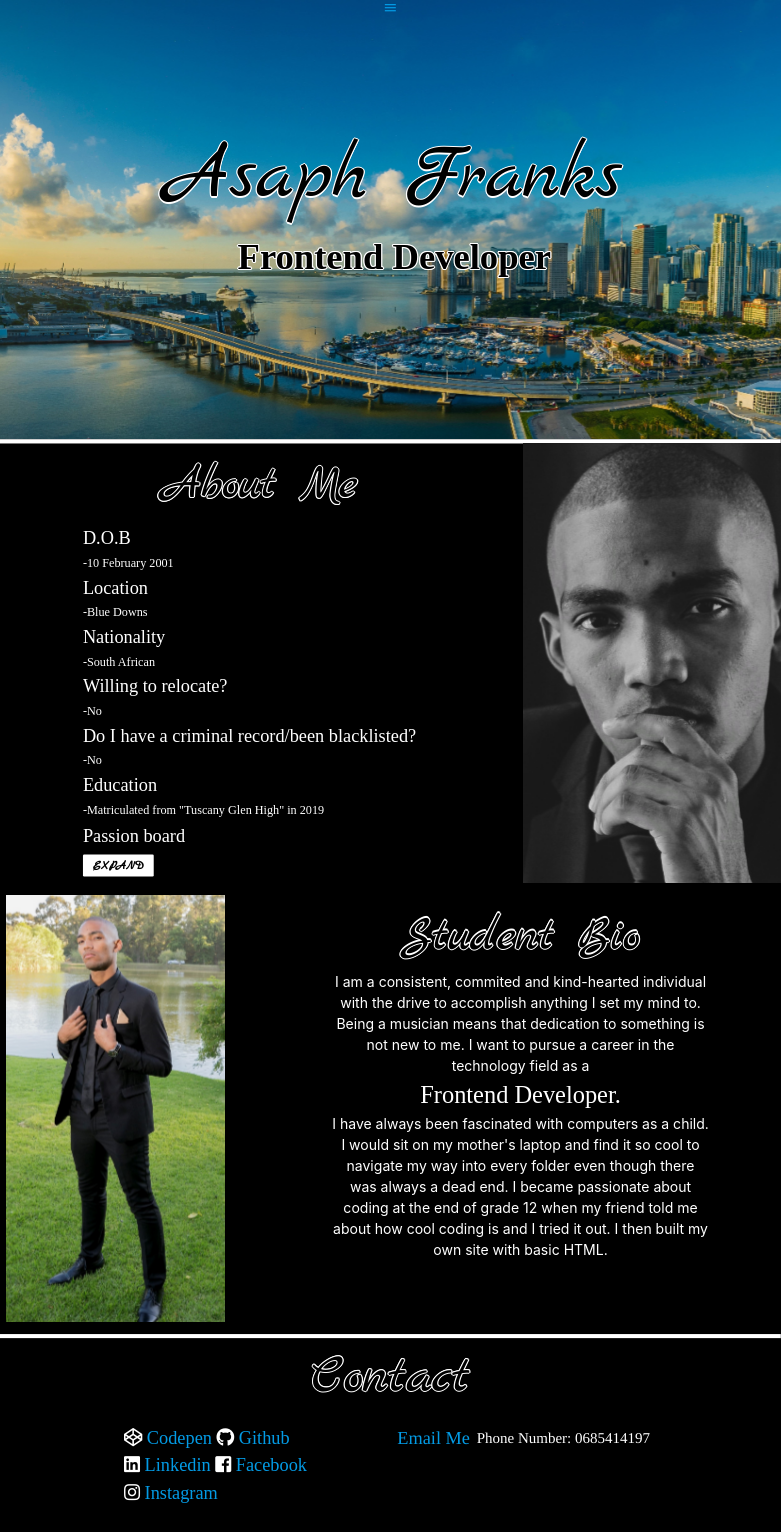
Repository: Ajtheult/portfolio.v3
Page: /portfolio-v3
These files come from the project's save history. The page is drawn as it stood at one moment and after the next save; the edit follows.
The browser window is 1280 px wide. The pictures show the whole page, at 61% of full size.
Some web fonts or font styles are not loaded; a fallback is used. The project was rebuilt for these pictures with package versions that can differ from the ones it lists, and the page was loaded fresh each time. Also part of the build but not shown: src/components/layout/pages/Skills.js, src/components/layout/pages/MyWork.js, src/components/layout/pages/Testimonials.js.

Above is the page before, as saved 2020-08-05 14:04:36.

### public/index.html
<!DOCTYPE html>
<html lang="en">
  <head>
    <meta charset="utf-8" />
    <link rel="icon" href="%PUBLIC_URL%/favicon.ico" />
    <meta name="viewport" content="width=device-width, initial-scale=1" />
    <meta name="theme-color" content="#000000" />
    <meta
      name="description"
      content="Web site created using create-react-app"
    />

    <link rel="manifest" href="%PUBLIC_URL%/manifest.json" />
    <link
      href="https://fonts.googleapis.com/css2?family=Marck+Script&display=swap"
      rel="stylesheet"
    />
    <link
      href="https://fonts.googleapis.com/css2?family=Gruppo&display=swap"
      rel="stylesheet"
    />
    <link rel="manifest" href="%PUBLIC_URL%/manifest.json" />

    <link
      rel="stylesheet"
      href="https://fonts.googleapis.com/icon?family=Material+Icons"
    />

    <link
      rel="stylesheet"
      href="https://use.fontawesome.com/releases/v5.7.2/css/all.css"
      integrity="sha384-fnmOCqbTlWIlj8LyTjo7mOUStjsKC4pOpQbqyi7RrhN7udi9RwhKkMHpvLbHG9Sr"
      crossorigin="anonymous"
    />
    <title>Asaph Franks portfolio</title>
  </head>
  <body>
    <noscript>You need to enable JavaScript to run this app.</noscript>
    <div id="root"></div>
  </body>
</html>

### src/index.js
import React from "react";
import ReactDOM from "react-dom";
import App from "./App";
import "materialize-css/dist/css/materialize.min.css";

ReactDOM.render(
  <React.StrictMode>
    <App />
  </React.StrictMode>,
  document.getElementById("root")
);

### src/App.js
import React from "react";

import { Home } from "./components/layout/pages/Home";
import { Skills } from "./components/layout/pages/Skills";
import { MyWork } from "./components/layout/pages/MyWork";
import { Testimonials } from "./components/layout/pages/Testimonials";
import Navbar from "./components/layout/navbar/Navbar";

import { BrowserRouter as Router, Route, Switch } from "react-router-dom";
import "./App.css";

function App() {
  return (
    <Router>
      <div className="App">
        <Navbar />

        <Switch>
          <Route exact path="/portfolio-v3" component={Home} />
          <Route path="/skills" component={Skills} />
          <Route path="/mywork" component={MyWork} />
          <Route path="/testimonials" component={Testimonials} />
        </Switch>
      </div>
    </Router>
  );
}

export default App;

### src/components/layout/pages/Home.js
import React from "react";
import background1 from "../resources/background1.jpg";
import me from "../resources/me.jpeg";
import me2 from "../resources/me2.jpg";
import M from "materialize-css";
import "../../../App.css";
import { Parallax } from "react-parallax";

export const Home = () => {
  document.addEventListener("DOMContentLoaded", function () {
    var elems = document.querySelectorAll(".modal");
    // eslint-disable-next-line
    var instances = M.Modal.init(elems, {});
  });

  return (
    <div className="colour_of_about_text">
      <Parallax bgImage={background1} strength={400}>
        <div style={{ height: 720 }}>
          <div className="style_for_landingpage">
            <h1 className="intro_name_top">Asaph Franks</h1>
            <h4 className="intro_name_bottom">Frontend Developer</h4>
          </div>
        </div>
      </Parallax>
      <div style={{ height: "1vh" }} className="white move_the_con" />
      <div className="row">
        <div className="col s8">
          {" "}
          {/* Information on About page-Start */}
          <div className="container">
            <h1 className="about-title" id="about">
              About Me
            </h1>

            <h5 className="my_info">D.O.B</h5>
            <p className="my_info_2">-10 February 2001</p>
            <h5 className="my_info"> Location </h5>
            <p className="my_info_2">-Blue Downs</p>
            <h5 className="my_info">Nationality</h5>
            <p className="my_info_2">-South African</p>
            <h5 className="my_info">Willing to relocate?</h5>
            <p className="my_info_2">-No</p>
            <h5 className="my_info">
              Do I have a criminal record/been blacklisted?
            </h5>
            <p className="my_info_2">-No</p>
            <h5 className="my_info">Education</h5>
            <p className="my_info_2">
              -Matriculated from "Tuscany Glen High" in 2019
            </p>
            <h4 className="my_info">Passion board</h4>
            <div className="my_info_3">
              <a
                className="waves-effect waves-light btn modal-trigger white"
                href="#modal1"
              >
                <p className="black_text margin_on_top">Expand</p>
              </a>
              <div id="modal1" className="modal bottom-sheet">
                <div className="modal-content">
                  <h4 className="black_text passion_heading">Passion Board</h4>
                  <div className="black_text">
                    {" "}
                    <h4 className="passion_content">-Music</h4>
                    <h4 className="passion_content">-Playing Video games</h4>
                    <h4 className="passion_content">-Playing Table Tennis</h4>
                    <h4 className="passion_content">-Watching anime</h4>
                    <h4 className="passion_content">-Drawing</h4>
                  </div>
                </div>
              </div>
            </div>
          </div>
          {/* Information on About page-Start */}
        </div>
        <div>
          <Parallax
            bgImage={me}
            strength={700}
            style={{ width: "33%" }}
            className="right"
          >
            <div style={{ height: "100vh" }}></div>
          </Parallax>
        </div>
      </div>

      <div className="row">
        <div className="col s5">
          <Parallax bgImage={me2} strength={150} style={{ width: "70%" }}>
            <div style={{ height: 700 }}>
              <div className="intro_name style_for_landingpage"></div>
            </div>
          </Parallax>
        </div>

        <div className="col s7 about_container" style={{ width: "50%" }}>
          <h6 className="about-title center">Student Bio</h6>
          <p className="student_bio ">
            I am a consistent, commited and kind-hearted individual with the
            drive to accomplish anything I set my mind to. Being a musician
            means that dedication to something is not new to me. I want to
            pursue a career in the technology field as a <br />
            <strong className="big_frontend">
              Frontend Developer.
            </strong> <br /> I have always been fascinated with computers as a
            child. I would sit on my mother's laptop and find it so cool to
            navigate my way into every folder even though there was always a
            dead end. I became passionate about coding at the end of grade 12
            when my friend told me about how cool coding is and I tried it out.
            I then built my own site with basic HTML.
          </p>
        </div>
      </div>
      {/* Contact section */}
      <div style={{ height: "1vh" }} className="white move_the_con" />
      <footer style={{ fontFamily: "Times" }} className="page-footer black">
        <div className="container" id="contact">
          <div className="row">
            <h1 className="contact-title">Contact</h1>
            <div className="col l6 s12">
              {" "}
              <div className="logos">
                <i className="fab fa-codepen">
                  {" "}
                  <a
                    href="https://codepen.io/ajtheult"
                    rel="noopener noreferrer"
                    target="_blank"
                  >
                    Codepen&nbsp;
                  </a>{" "}
                </i>
                <i className="fab fa-github">
                  {" "}
                  <a
                    href="https://github.com/Ajtheult"
                    rel="noopener noreferrer"
                    target="_blank"
                  >
                    Github&nbsp;
                  </a>{" "}
                </i>
                <i className="fab fa-linkedin">
                  {" "}
                  <a
                    href="https://www.linkedin.com/in/asaph-franks-307a231a5/"
                    rel="noopener noreferrer"
                    target="_blank"
                  >
                    Linkedin&nbsp;
                  </a>{" "}
                </i>
                <i className="fab fa-facebook-square">
                  {" "}
                  <a
                    href="https://www.facebook.com/asaph.franks.7/"
                    rel="noopener noreferrer"
                    target="_blank"
                  >
                    Facebook&nbsp;
                  </a>{" "}
                </i>
                <i className="fab fa-instagram">
                  {" "}
                  <a
                    href="https://www.instagram.com/aj_the_ultimate/?fbclid=IwAR1maxejej29IRwM2tTQavtbmTC9TFLbAwZoi52WwiJhzLvcEucPXSZHX2o"
                    rel="noopener noreferrer"
                    target="_blank"
                  >
                    Instagram&nbsp;
                  </a>{" "}
                </i>
              </div>
            </div>
            <div className="col l6 s12" style={{ marginTop: "-10px" }}>
              <a
                className="left size_of_email"
                href="mailto:asaphfranksboi@gmail.com"
                rel="noopener noreferrer"
                target="_blank"
              >
                Email Me
              </a>

              <h5 className="move_num_down">Phone Number: 0685414197</h5>
            </div>
            {/* Contact details and icons */}
          </div>
        </div>
      </footer>
    </div>
  );
};

### src/components/layout/navbar/Navbar.js
/* eslint-disable no-unused-vars */
import React, { Component } from "react";
import M from "materialize-css/dist/js/materialize.min.js";
import me from "./me.jpg";
import music from "./music.jpg";
import "../../../App.css";
import { Link } from "react-router-dom";

export class Navbar extends Component {
  componentDidMount() {
    document.addEventListener("DOMContentLoaded", function () {
      var elems = document.querySelectorAll(".sidenav");
      var instances = M.Sidenav.init(elems, {});
    });
  }

  render() {
    return (
      <div>
        <div className="navbar">
          <div className="nav-wrapper ">
            <a
              href="#home"
              data-target="slide-out"
              className="sidenav-trigger show-on-large"
            >
              <i className="material-icons">menu</i>
            </a>
          </div>
        </div>

        <ul id="slide-out" className="sidenav sidenav-close">
          <li>
            <div className="user-view">
              <div className="background">
                <img className="background_img" src={music} alt="img" />
              </div>

              <img className="circle" src={me} alt="img of me" />

              <span className="black-text name move_me">Asaph Franks</span>

              <span className="black-text email  move_me">
                Asaphfranksboi@gmail.com
              </span>
            </div>
            {/* Change font so that the name can be better read */}
          </li>
          <Link to="/portfolio-v3">
            <br />
            <li className="colour_of_nav">Home</li>
          </Link>{" "}
          <br />
          <Link to="/skills">
            <li className="colour_of_nav">Skills</li>
          </Link>
          <br />
          <Link to="/mywork">
            <li className="colour_of_nav">Work</li>
          </Link>
          <br />
          <Link to="/testimonials">
            <li className="colour_of_nav">Testimonials</li>
          </Link>
        </ul>
      </div>
    );
  }
}

export default Navbar;

### src/App.css
.App {
  text-align: center;
}

body {
  background-color: black;
  color: white;
}
.background_img {
  width: 100%;
  height: 100%;
}

.move_me {
  text-align: left;
}

.colour {
  background-color: black;
}

img.bg {
  min-height: 100%;
  min-width: 1024px;
  width: 100%;
  height: auto;
  position: fixed;
  top: 0;
  left: 0;
  z-index: -1;
}

div.admin-bg {
  position: fixed;
  top: 0;
  left: 0;
  z-index: -1;
  background-color: black;
}

@media screen and (max-width: 1024px) {
  img.bg {
    left: 50%;
    margin-left: -512px;
  }
}

.intro_name_top {
  font-family: "Marck Script", cursive;
  font-size: 130px;
  color: black;
  text-shadow: 2px 0 0 #fff, -2px 0 0 #fff, 0 2px 0 #fff, 0 -2px 0 #fff,
    1px 1px #fff, -1px -1px 0 #fff, 1px -1px 0 #fff, -1px 1px 0 #fff;
}
.testimonial_title {
  font-family: "Marck Script", cursive;
  margin-top: 80px;
  color: black;
  font-size: 80px;
  text-shadow: 2px 0 0 #fff, -2px 0 0 #fff, 0 2px 0 #fff, 0 -2px 0 #fff,
    1px 1px #fff, -1px -1px 0 #fff, 1px -1px 0 #fff, -1px 1px 0 #fff;
}

.intro_name_bottom {
  font-size: 60px;
  color: #000000;
  font-weight: bold;
  text-shadow: 2px 0 0 #fff, -2px 0 0 #fff, 0 2px 0 #fff, 0 -2px 0 #fff,
    1px 1px #fff, -1px -1px 0 #fff, 1px -1px 0 #fff, -1px 1px 0 #fff;
  font-family: "Gruppo", cursive;
}

.logos {
  text-align: left;
  font-size: 30px;
}

.contact-title {
  margin-top: -5px;
  font-family: "Marck Script", cursive;
  font-size: 90px;
  color: black;
  text-shadow: 2px 0 0 #fff, -2px 0 0 #fff, 0 2px 0 #fff, 0 -2px 0 #fff,
    1px 1px #fff, -1px -1px 0 #fff, 1px -1px 0 #fff, -1px 1px 0 #fff;
}

.about-title {
  margin-top: 25px;
  font-family: "Marck Script", cursive;
  font-size: 80px;
  color: black;
  text-shadow: 2px 0 0 #fff, -2px 0 0 #fff, 0 2px 0 #fff, 0 -2px 0 #fff,
    1px 1px #fff, -1px -1px 0 #fff, 1px -1px 0 #fff, -1px 1px 0 #fff;
}

.student_bio {
  margin-top: 2%;
  font-size: 23px;
}

.big_frontend {
  font-size: 40px;
  font-family: "Gruppo", cursive;
}

.move_the_name {
  margin-top: -12px;
  font-size: 20px;
  font-weight: bold;
}

.enlarge_paragraph {
  font-size: 22px;
  font-family: "Times New Roman", Times, serif;
}

.my_info {
  font-size: 30px;
  text-align: left;
  font-family: "Gruppo", cursive;
}

.my_info_2 {
  font-size: 20px;
  text-align: left;
  line-height: 8px;
  font-family: "Times New Roman", Times, serif;
}

.my_info_3 {
  font-size: 25px;
  text-align: left;
  line-height: 8px;
  font-family: "Times New Roman", Times, serif;
}

.black_text {
  color: black;
}

.passion_heading {
  text-align: center;
  font-family: "Marck Script", cursive;
  font-size: 45px;
}

.passion_content {
  font-family: "Gruppo", cursive;
  font-weight: bold;
  line-height: 25px;
}

.margin_on_top {
  margin-top: 1px;
  font-size: 20px;
  font-family: "Marck Script", cursive;
  font-weight: bold;
}

.my_work_desc {
  font-size: 20px;
  font-family: "Times New Roman", Times, serif;
}

.my_work_title {
  font-family: "Gruppo", cursive;
  color: black;
  font-size: 30px;
}

.link-size {
  font-size: 40px;
  margin-top: -40px;
  padding: 1%;
  text-align: left;
  margin-left: 60px;
  font-family: "Gruppo", cursive;
  color: blue;
}

.button_margin {
  margin-top: 5px;
}

.work_title {
  font-family: "Marck Script", cursive;
  color: black;
  font-size: 50px;
  text-shadow: 2px 0 0 #fff, -2px 0 0 #fff, 0 2px 0 #fff, 0 -2px 0 #fff,
    1px 1px #fff, -1px -1px 0 #fff, 1px -1px 0 #fff, -1px 1px 0 #fff;
}

.colour_of_nav {
  color: black;
  margin-top: -30px;
}

.style_for_landingpage {
  margin-left: 15.5%;
  margin-top: 10%;
  position: absolute;
  padding: 50px;
  width: 70%;
  transform: "translate(-50%, -50%)";
}

.skills_li {
  position: relative;
  list-style: none;
  margin: 50px 0;
  font-weight: 500;
  text-transform: uppercase;
}

.skills_li:before {
  content: "";
  position: absolute;
  top: calc(100% + 10px);
  left: 0;
  width: 100%;
  height: 15px;
  background-color: rgba(54, 126, 223, 0.5);
  border-radius: 1000px;
}

.skills_li:after {
  content: "";
  position: absolute;
  top: calc(100% + 10px);
  left: 0;
  width: 0;
  height: 15px;
  background-color: rgba(54, 126, 223, 1);
  border-radius: 1000px;
  animation-duration: 0.7s;
  animation-timing-function: ease;
  animation-fill-mode: forwards;
}

.html:after {
  animation-name: html;
}

@keyframes html {
  to {
    width: 75%;
  }
}

.css:after {
  animation-name: css;
}

@keyframes css {
  to {
    width: 58%;
  }
}

.js:after {
  animation-name: js;
}

@keyframes js {
  to {
    width: 40%;
  }
}

.py:after {
  animation-name: py;
}

@keyframes py {
  to {
    width: 35%;
  }
}

.sql:after {
  animation-name: sql;
}

@keyframes sql {
  to {
    width: 32%;
  }
}

.react:after {
  animation-name: react;
}

@keyframes react {
  to {
    width: 50%;
  }
}

.skills_text {
  font-family: "Marck Script", cursive;
  color: black;
  font-size: 30px;
  text-shadow: 1px 0 0 #fff, -2px 0 0 #fff, 0 2px 0 #fff, 0 -2px 0 #fff,
    1px 1px #fff, -1px -1px 0 #fff, 1px -1px 0 #fff, -1px 1px 0 #fff;
  margin-top: -20px;
}

.skills_heading {
  font-family: "Marck Script", cursive;
  color: black;
  font-size: 60px;
  text-shadow: 1px 0 0 #fff, -2px 0 0 #fff, 0 2px 0 #fff, 0 -2px 0 #fff,
    1px 1px #fff, -1px -1px 0 #fff, 1px -1px 0 #fff, -1px 1px 0 #fff;
  margin-top: 0px;
}

.container_properties {
  width: 800px;
  margin: 50px auto 0;
  padding: 20px;
  line-height: 55px;
}

.size_of_email {
  font-size: 30px;
  margin-top: 10px;
}

.move_num_down {
  margin-top: 20px;
}

.move_github_button {
  margin-left: -50px;
}

.navbar {
  position: fixed;
  top: 0;
  width: 100%;
  z-index: 2;
}

After the next save:
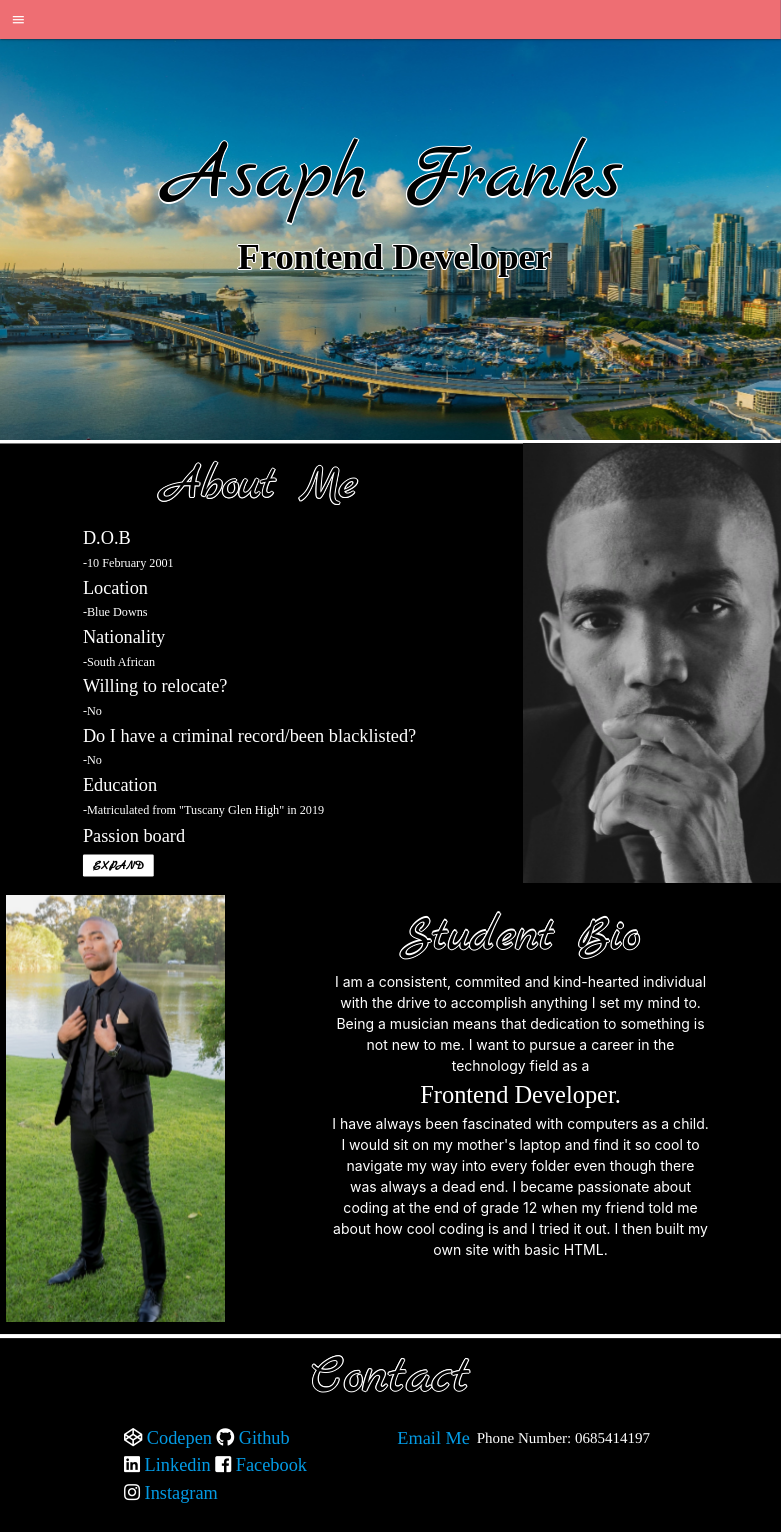
Saved 9 s later.
--- a/src/components/layout/navbar/Navbar.js
+++ b/src/components/layout/navbar/Navbar.js
@@ -17,7 +17,7 @@
   render() {
     return (
       <div>
-        <div className="navbar">
+        <nav className="navbar">
           <div className="nav-wrapper ">
             <a
               href="#home"
@@ -27,7 +27,7 @@
               <i className="material-icons">menu</i>
             </a>
           </div>
-        </div>
+        </nav>
 
         <ul id="slide-out" className="sidenav sidenav-close">
           <li>

After the save that followed:
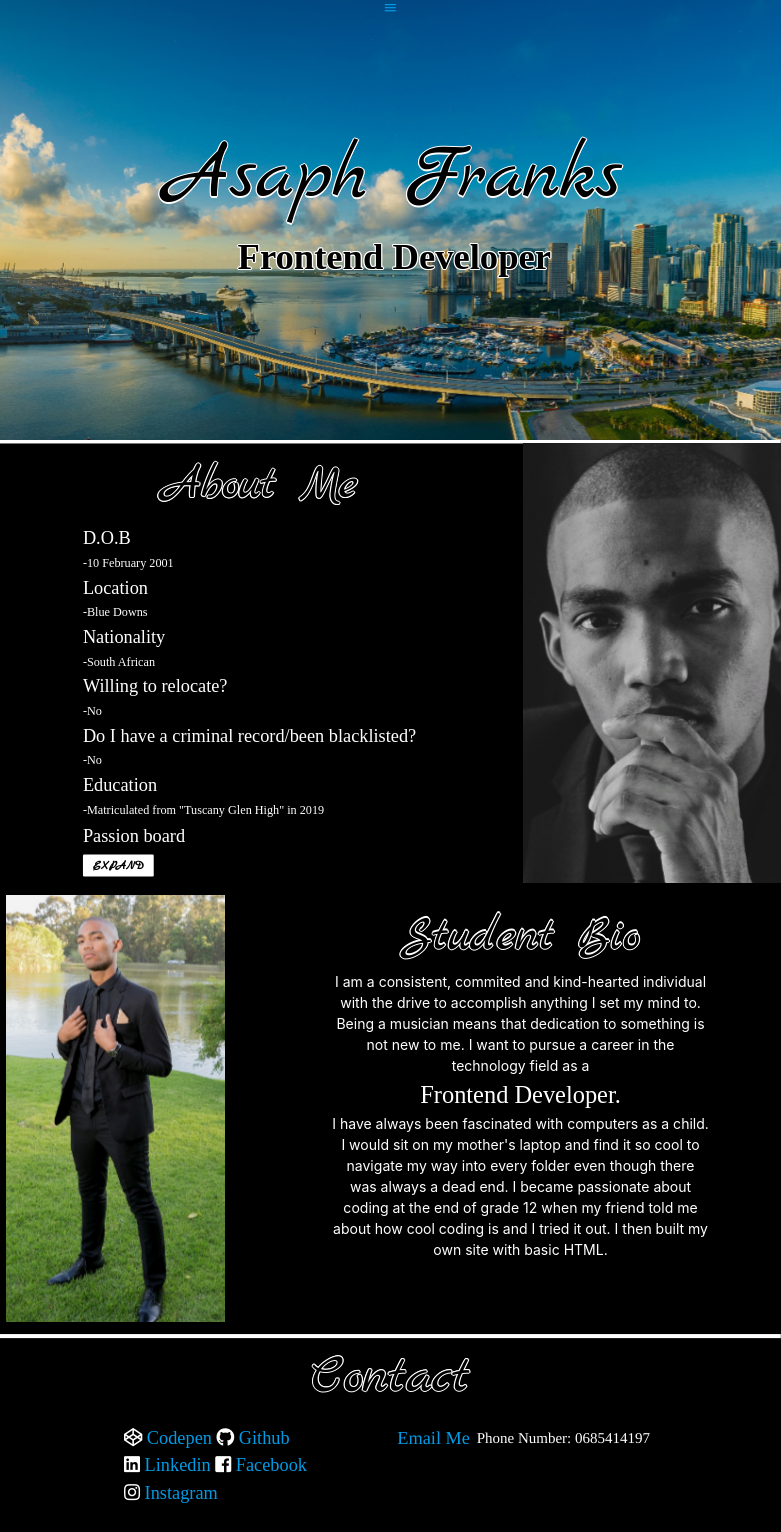
Saved 5 s later.
--- a/src/components/layout/navbar/Navbar.js
+++ b/src/components/layout/navbar/Navbar.js
@@ -17,7 +17,7 @@
   render() {
     return (
       <div>
-        <nav className="navbar">
+        <div className="navbar">
           <div className="nav-wrapper ">
             <a
               href="#home"
@@ -27,7 +27,7 @@
               <i className="material-icons">menu</i>
             </a>
           </div>
-        </nav>
+        </div>
 
         <ul id="slide-out" className="sidenav sidenav-close">
           <li>
